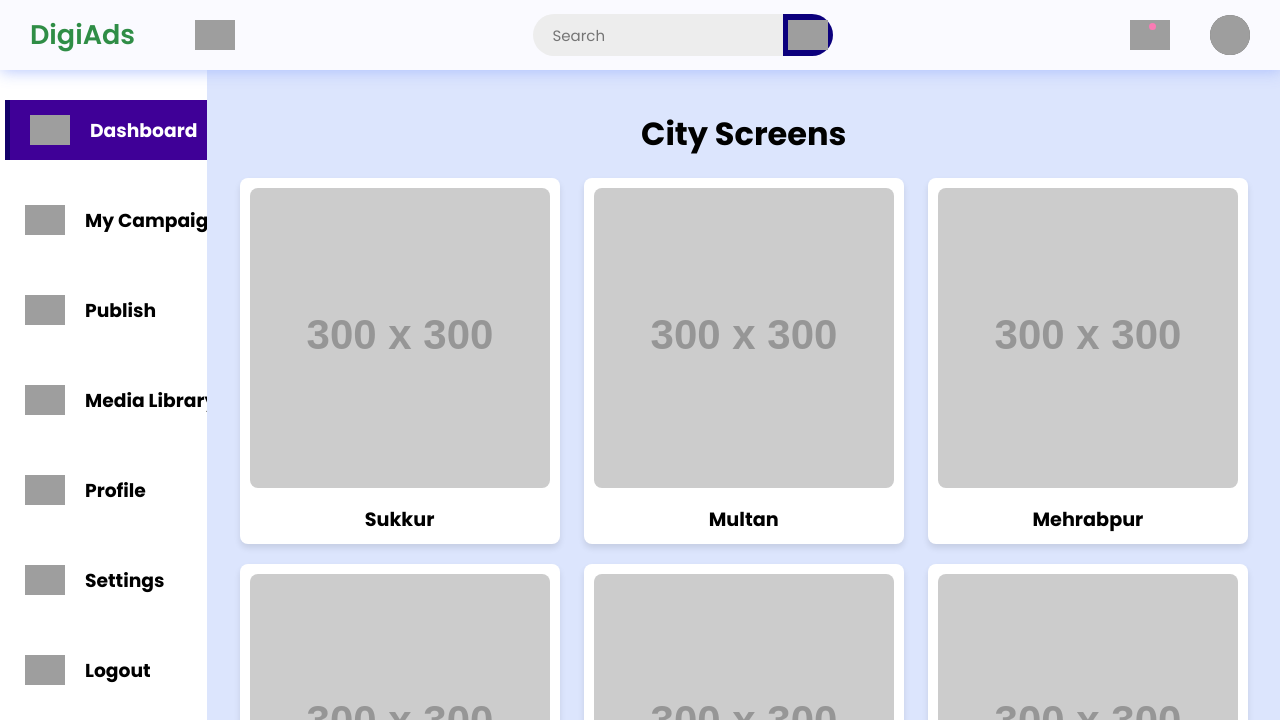
Repository: bhumika-suthar/DigiAds
Page: FYP_final/Fronted/UserX.html/user.html
These files come from the project's save history. The page is drawn as it stood at one moment and after the next save; the edit follows.
The browser window is 1280 px wide. The pictures show the whole page.
Pictures or frames that could not be fetched are drawn as grey boxes. The page's requests for data from a server got no answer. An inner scrolling area shows only its first screen.

Above is the page before, as saved 2024-11-28 07:33:03.

### FYP_final/Fronted/UserX.html/user.html
<!DOCTYPE html>
<html lang="en">

<head>
    <meta charset="UTF-8">
    <meta http-equiv="X-UA-Compatible"
          content="IE=edge">
    <meta name="viewport"
          content="width=device-width,
                   initial-scale=1.0">
    <title></title>
    <link rel="stylesheet"
          href="style.css">
    <link rel="stylesheet"
          href="responsive.css">
    <link rel="stylesheet"
          href="cities.css">
</head>

<body>

    <!-- for header part -->
    <header>

        <div class="logosec">
            <div class="logo">DigiAds</div>
            <img src=
"https://media.geeksforgeeks.org/wp-content/uploads/20221210182541/Untitled-design-(30).png"
                class="icn menuicn"
                id="menuicn"
                alt="menu-icon">
        </div>

        <div class="searchbar">
            <input type="text"
                   placeholder="Search">
            <div class="searchbtn">
              <img src=
"https://media.geeksforgeeks.org/wp-content/uploads/20221210180758/Untitled-design-(28).png"
                    class="icn srchicn"
                    alt="search-icon">
              </div>
        </div>

        <div class="message">
            <div class="circle"></div>
            <img src=
"https://media.geeksforgeeks.org/wp-content/uploads/20221210183322/8.png"
                 class="icn"
                 alt="">
            <div class="dp">
              <img src=
"https://media.geeksforgeeks.org/wp-content/uploads/20221210180014/profile-removebg-preview.png"
                    class="dpicn"
                    alt="dp">
              </div>
        </div>

    </header>

    <div class="main-container">
        <div class="navcontainer">
            <nav class="nav">
                <div class="nav-upper-options">
                    <div class="nav-option option1">
                        <img src=
"https://media.geeksforgeeks.org/wp-content/uploads/20221210182148/Untitled-design-(29).png"
                            class="nav-img"
                            alt="dashboard">
                        <h3> Dashboard</h3>
                    </div>

                    <div class="option2 nav-option">
                        <img src=
"https://media.geeksforgeeks.org/wp-content/uploads/20221210183322/9.png"
                            class="nav-img"
                            alt="articles">
                        <h3> My Campaign</h3>
                    </div>

                    <div class="nav-option option3">
                        <img src=
"https://media.geeksforgeeks.org/wp-content/uploads/20221210183320/5.png"
                            class="nav-img"
                            alt="report">
                        <h3> Publish</h3>
                    </div>

                    <div class="nav-option option4">
                        <img src=
"https://media.geeksforgeeks.org/wp-content/uploads/20221210183321/6.png"
                            class="nav-img"
                            alt="institution">
                        <h3> Media Library</h3>
                    </div>

                    <div class="nav-option option5">
                        <img src=
"https://media.geeksforgeeks.org/wp-content/uploads/20221210183323/10.png"
                            class="nav-img"
                            alt="blog">
                        <h3> Profile</h3>
                    </div>

                    <div class="nav-option option6">
                        <img src=
"https://media.geeksforgeeks.org/wp-content/uploads/20221210183320/4.png"
                            class="nav-img"
                            alt="settings">
                        <h3> Settings</h3>
                    </div>

                    <div class="nav-option logout">
                        <img src=
"https://media.geeksforgeeks.org/wp-content/uploads/20221210183321/7.png"
                            class="nav-img"
                            alt="logout">
                        <h3>Logout</h3>
                    </div>

                </div>
            </nav>
        </div>
        <div class="main">

            <!-- <div class="searchbar2">
                <input type="text"
                       name=""
                       id=""
                       placeholder="Search">
                <div class="searchbtn">
                  <img src=
"https://media.geeksforgeeks.org/wp-content/uploads/20221210180758/Untitled-design-(28).png"
                        class="icn srchicn"
                        alt="search-button">
                  </div>
            </div> -->

                    <h1 class="title">City Screens</h1>
                    <div class="city-grid">
                        <div class="city-card">
                            <img src="https://via.placeholder.com/300?text=Sukkur" alt="Sukkur">
                            <p>Sukkur</p>
                        </div>
                        <div class="city-card">
                            <img src="https://via.placeholder.com/300?text=Multan" alt="Multan">
                            <p>Multan</p>
                        </div>
                        <div class="city-card">
                            <img src="https://via.placeholder.com/300?text=Mehrabpur" alt="Mehrabpur">
                            <p>Mehrabpur</p>
                        </div>
                        <div class="city-card">
                            <img src="https://via.placeholder.com/300?text=Lahore" alt="Lahore">
                            <p>Lahore</p>
                        </div>
                        <div class="city-card">
                            <img src="https://via.placeholder.com/300?text=Islamabad" alt="Islamabad">
                            <p>Islamabad</p>
                        </div>
                        <div class="city-card">
                            <img src="https://via.placeholder.com/300?text=Faisalabad" alt="Faisalabad">
                            <p>Faisalabad</p>
                        </div>
                        <div class="city-card">
                            <img src="https://via.placeholder.com/300?text=Hyderabad" alt="Hyderabad">
                            <p>Hyderabad</p>
                        </div>
                        <div class="city-card">
                            <img src="https://via.placeholder.com/300?text=Karachi" alt="Karachi">
                            <p>Karachi</p>
                        </div>
                    </div>
                </div>

                <script>   document.addEventListener('DOMContentLoaded', () => {
                    const cityCards = document.querySelectorAll('.city-card');

                    cityCards.forEach(card => {
                        card.addEventListener('click', () => {
                            // Get the city name from the card's text content
                            const cityName = card.querySelector('p').textContent.trim();
                            // Redirect to the respective city's HTML page
                            const pageName = `${cityName}.html`;
                            window.location.href = pageName;
                        });
                    });
                });
                </script>

            </div>
        </div>
    </div>

    <script src="./index.js"></script>
</body>
</html>

### FYP_final/Fronted/UserX.html/style.css
@import url(
"https://fonts.googleapis.com/css2?family=Poppins:ital,wght@0,100;0,200;0,300;0,400;0,500;0,600;0,700;0,800;0,900;1,100;1,200;1,300;1,400;1,500;1,600;1,700;1,800;1,900&display=swap");

* {
  margin: 0;
  padding: 0;
  box-sizing: border-box;
  font-family: "Poppins", sans-serif;
}
:root {
  --background-color1: #fafaff;
  --background-color2: #ffffff;
  --background-color3: #ededed;
  --background-color4: #cad7fda4;
  --primary-color: #4b49ac;
  --secondary-color: #0c007d;
  --Border-color: #3f0097;
  --one-use-color: #3f0097;
  --two-use-color: #5500cb;
}
body {
  background-color: var(--background-color4);
  max-width: 100%;
  overflow-x: hidden;
}

header {
  height: 70px;
  width: 100vw;
  padding: 0 30px;
  background-color: var(--background-color1);
  position: fixed;
  z-index: 100;
  box-shadow: 1px 1px 15px rgba(161, 182, 253, 0.825);
  display: flex;
  justify-content: space-between;
  align-items: center;
}

.logo {
  font-size: 27px;
  font-weight: 600;
  color: rgb(47, 141, 70);
}

.icn {
  height: 30px;
}
.menuicn {
  cursor: pointer;
}

.searchbar,
.message,
.logosec {
  display: flex;
  align-items: center;
  justify-content: center;
}

.searchbar2 {
  display: none;
}

.logosec {
  gap: 60px;
}

.searchbar input {
  width: 250px;
  height: 42px;
  border-radius: 50px 0 0 50px;
  background-color: var(--background-color3);
  padding: 0 20px;
  font-size: 15px;
  outline: none;
  border: none;
}
.searchbtn {
  width: 50px;
  height: 42px;
  display: flex;
  align-items: center;
  justify-content: center;
  border-radius: 0px 50px 50px 0px;
  background-color: var(--secondary-color);
  cursor: pointer;
}

.message {
  gap: 40px;
  position: relative;
  cursor: pointer;
}
.circle {
  height: 7px;
  width: 7px;
  position: absolute;
  background-color: #fa7bb4;
  border-radius: 50%;
  left: 19px;
  top: 8px;
}
.dp {
  height: 40px;
  width: 40px;
  background-color: #626262;
  border-radius: 50%;
  display: flex;
  align-items: center;
  justify-content: center;
  overflow: hidden;
}
.main-container {
  display: flex;
  width: 100vw;
  position: relative;
  top: 70px;
  z-index: 1;
}
.dpicn {
  height: 42px;
}

.main {
  height: calc(100vh - 70px);
  width: 100%;
  overflow-y: scroll;
  overflow-x: hidden;
  padding: 40px 30px 30px 30px;
}

.main::-webkit-scrollbar-thumb {
  background-image:
        linear-gradient(to bottom, rgb(0, 0, 85), rgb(0, 0, 50));
}
.main::-webkit-scrollbar {
  width: 5px;
}
.main::-webkit-scrollbar-track {
  background-color: #9e9e9eb2;
}

.box-container {
  display: flex;
  justify-content: space-evenly;
  align-items: center;
  flex-wrap: wrap;
  gap: 50px;
}
.nav {
  min-height: 91vh;
  width: 250px;
  background-color: var(--background-color2);
  position: absolute;
  top: 0px;
  left: 00;
  box-shadow: 1px 1px 10px rgba(198, 189, 248, 0.825);
  display: flex;
  flex-direction: column;
  justify-content: space-between;
  overflow: hidden;
  padding: 30px 0 20px 10px;
}
.navcontainer {
  height: calc(100vh - 70px);
  width: 250px;
  position: relative;
  overflow-y: scroll;
  overflow-x: hidden;
  transition: all 0.5s ease-in-out;
}
.navcontainer::-webkit-scrollbar {
  display: none;
}
.navclose {
  width: 80px;
}
.nav-option {
  width: 250px;
  height: 60px;
  display: flex;
  align-items: center;
  padding: 0 30px 0 20px;
  gap: 20px;
  transition: all 0.1s ease-in-out;
}
.nav-option:hover {
  border-left: 5px solid #a2a2a2;
  background-color: #dadada;
  cursor: pointer;
}
.nav-img {
  height: 30px;
}

.nav-upper-options {
  display: flex;
  flex-direction: column;
  align-items: center;
  gap: 30px;
}

.option1 {
  border-left: 5px solid #010058af;
  background-color: var(--Border-color);
  color: white;
  cursor: pointer;
}
.option1:hover {
  border-left: 5px solid #010058af;
  background-color: var(--Border-color);
}
.box {
  height: 130px;
  width: 230px;
  border-radius: 20px;
  box-shadow: 3px 3px 10px rgba(0, 30, 87, 0.751);
  padding: 20px;
  display: flex;
  align-items: center;
  justify-content: space-around;
  cursor: pointer;
  transition: transform 0.3s ease-in-out;
}
.box:hover {
  transform: scale(1.08);
}

.box:nth-child(1) {
  background-color: var(--one-use-color);
}
.box:nth-child(2) {
  background-color: var(--two-use-color);
}
.box:nth-child(3) {
  background-color: var(--one-use-color);
}
.box:nth-child(4) {
  background-color: var(--two-use-color);
}

.box img {
  height: 50px;
}
.box .text {
  color: white;
}
.topic {
  font-size: 13px;
  font-weight: 400;
  letter-spacing: 1px;
}

.topic-heading {
  font-size: 30px;
  letter-spacing: 3px;
}

.report-container {
  min-height: 300px;
  max-width: 1200px;
  margin: 70px auto 0px auto;
  background-color: #ffffff;
  border-radius: 30px;
  box-shadow: 3px 3px 10px rgb(188, 188, 188);
  padding: 0px 20px 20px 20px;
}
.report-header {
  height: 80px;
  width: 100%;
  display: flex;
  align-items: center;
  justify-content: space-between;
  padding: 20px 20px 10px 20px;
  border-bottom: 2px solid rgba(0, 20, 151, 0.59);
}

.recent-Articles {
  font-size: 30px;
  font-weight: 600;
  color: #5500cb;
}

.view {
  height: 35px;
  width: 90px;
  border-radius: 8px;
  background-color: #5500cb;
  color: white;
  font-size: 15px;
  border: none;
  cursor: pointer;
}

.report-body {
  max-width: 1160px;
  overflow-x: auto;
  padding: 20px;
}
.report-topic-heading,
.item1 {
  width: 1120px;
  display: flex;
  justify-content: space-between;
  align-items: center;
}
.t-op {
  font-size: 18px;
  letter-spacing: 0px;
}

.items {
  width: 1120px;
  margin-top: 15px;
}

.item1 {
  margin-top: 20px;
}
.t-op-nextlvl {
  font-size: 14px;
  letter-spacing: 0px;
  font-weight: 600;
}

.label-tag {
  width: 100px;
  text-align: center;
  background-color: rgb(0, 177, 0);
  color: white;
  border-radius: 4px;
}

### FYP_final/Fronted/UserX.html/responsive.css
/* Responsive CSS Here */
@media screen and (max-width: 950px) {
    .nav-img {
      height: 25px;
    }
    .nav-option {
      gap: 30px;
    }
    .nav-option h3 {
      font-size: 15px;
    }
    .report-topic-heading,
    .item1,
    .items {
      width: 800px;
    }
  }

  @media screen and (max-width: 850px) {
    .nav-img {
      height: 30px;
    }
    .nav-option {
      gap: 30px;
    }
    .nav-option h3 {
      font-size: 20px;
    }
    .report-topic-heading,
    .item1,
    .items {
      width: 700px;
    }
    .navcontainer {
      width: 100vw;
      position: absolute;
      transition: all 0.6s ease-in-out;
      top: 0;
      left: -100vw;
    }
    .nav {
      width: 100%;
      position: absolute;
    }
    .navclose {
      left: 00px;
    }
    .searchbar {
      display: none;
    }
    .main {
      padding: 40px 30px 30px 30px;
    }
    .searchbar2 {
      width: 100%;
      display: flex;
      margin: 0 0 40px 0;
      justify-content: center;
    }
    .searchbar2 input {
      width: 250px;
      height: 42px;
      border-radius: 50px 0 0 50px;
      background-color: var(--background-color3);
      padding: 0 20px;
      font-size: 15px;
      border: 2px solid var(--secondary-color);
    }
  }

  @media screen and (max-width: 490px) {
    .message {
      display: none;
    }
    .logosec {
      width: 100%;
      justify-content: space-between;
    }
    .logo {
      font-size: 20px;
    }
    .menuicn {
      height: 25px;
    }
    .nav-img {
      height: 25px;
    }
    .nav-option {
      gap: 25px;
    }
    .nav-option h3 {
      font-size: 12px;
    }
    .nav-upper-options {
      gap: 15px;
    }
    .recent-Articles {
      font-size: 20px;
    }
    .report-topic-heading,
    .item1,
    .items {
      width: 550px;
    }
  }

  @media screen and (max-width: 400px) {
    .recent-Articles {
      font-size: 17px;
    }
    .view {
      width: 60px;
      font-size: 10px;
      height: 27px;
    }
    .report-header {
      height: 60px;
      padding: 10px 10px 5px 10px;
    }
    .searchbtn img {
      height: 20px;
    }
  }

  @media screen and (max-width: 320px) {
    .recent-Articles {
      font-size: 12px;
    }
    .view {
      width: 50px;
      font-size: 8px;
      height: 27px;
    }
    .report-header {
      height: 60px;
      padding: 10px 5px 5px 5px;
    }
    .t-op {
      font-size: 12px;
    }
    .t-op-nextlvl {
      font-size: 10px;
    }
    .report-topic-heading,
    .item1,
    .items {
      width: 300px;
    }
    .report-body {
      padding: 10px;
    }
    .label-tag {
      width: 70px;
    }
    .searchbtn {
      width: 40px;
    }
    .searchbar2 input {
      width: 180px;
    }
  }

### FYP_final/Fronted/UserX.html/cities.css
/* body {
    display: flex;
    margin: 0;
    font-family: Arial, sans-serif;
    background-color: #f4f4f4;
} */
/*
.navcontainer {
    width: 20%;
    background-color: #2c3e50;
    color: white;
    height: 100vh;
    position: fixed;
} */

/* .nav {
    padding: 20px;
}

.nav-option {
    margin: 20px 0;
    cursor: pointer;
}

.main {
    margin-left: 20%;
    padding: 20px;
    width: 80%;
} */

.title {
    text-align: center;
    margin-bottom: 20px;
}

.city-grid {
    display: grid;
    grid-template-columns: repeat(auto-fit, minmax(300px, 1fr));
    gap: 20px;
    justify-items: center;
}

.city-card {
    background: white;
    border-radius: 8px;
    box-shadow: 0 4px 6px rgba(0, 0, 0, 0.1);
    padding: 10px;
    text-align: center;
}

.city-card img {
    width: 100%;
    border-radius: 8px;
}

.city-card p {
    margin-top: 10px;
    font-size: 1.2em;
    font-weight: bold;
}

### FYP_final/Fronted/UserX.html/index.js
let menuicn = document.querySelector(".menuicn");
let nav = document.querySelector(".navcontainer");

menuicn.addEventListener("click", () => {
    nav.classList.toggle("navclose");
})

After the next save:
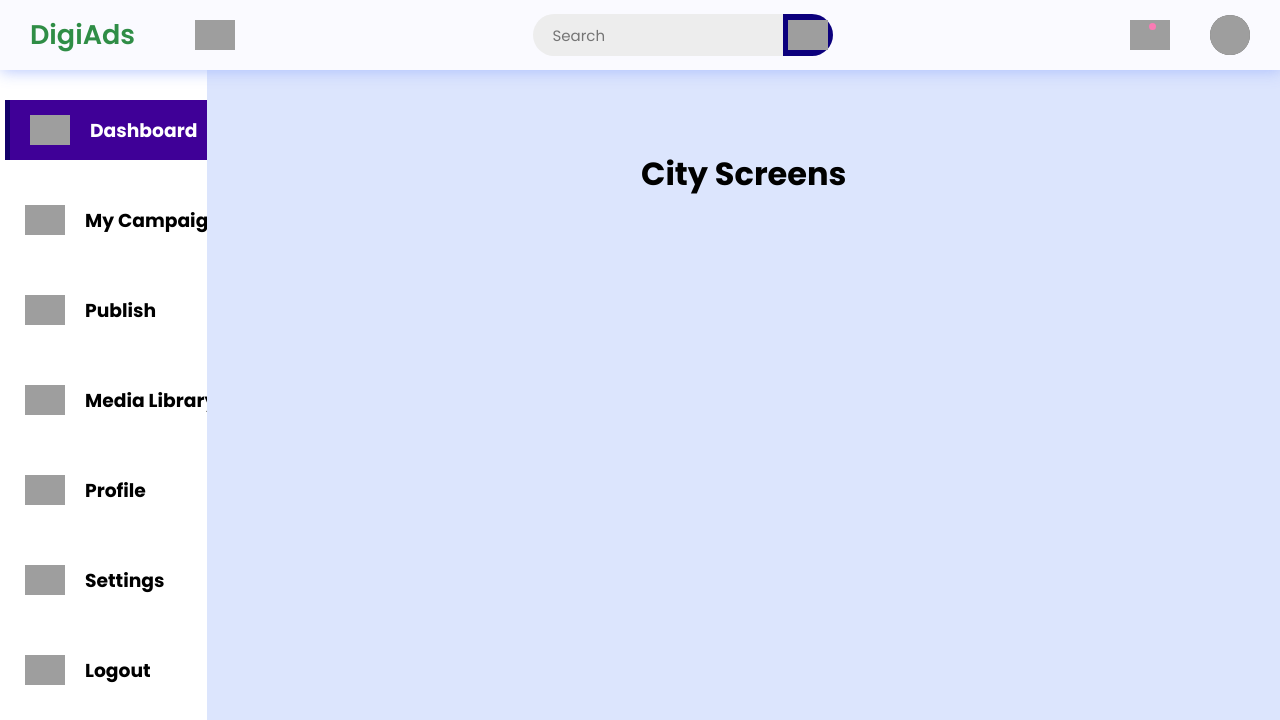
Saved 38 min 52 s later.
--- a/FYP_final/Fronted/UserX.html/user.html
+++ b/FYP_final/Fronted/UserX.html/user.html
@@ -136,57 +136,50 @@
                   </div>
             </div> -->
 
-                    <h1 class="title">City Screens</h1>
-                    <div class="city-grid">
-                        <div class="city-card">
-                            <img src="https://via.placeholder.com/300?text=Sukkur" alt="Sukkur">
-                            <p>Sukkur</p>
-                        </div>
-                        <div class="city-card">
-                            <img src="https://via.placeholder.com/300?text=Multan" alt="Multan">
-                            <p>Multan</p>
-                        </div>
-                        <div class="city-card">
-                            <img src="https://via.placeholder.com/300?text=Mehrabpur" alt="Mehrabpur">
-                            <p>Mehrabpur</p>
-                        </div>
-                        <div class="city-card">
-                            <img src="https://via.placeholder.com/300?text=Lahore" alt="Lahore">
-                            <p>Lahore</p>
-                        </div>
-                        <div class="city-card">
-                            <img src="https://via.placeholder.com/300?text=Islamabad" alt="Islamabad">
-                            <p>Islamabad</p>
-                        </div>
-                        <div class="city-card">
-                            <img src="https://via.placeholder.com/300?text=Faisalabad" alt="Faisalabad">
-                            <p>Faisalabad</p>
-                        </div>
-                        <div class="city-card">
-                            <img src="https://via.placeholder.com/300?text=Hyderabad" alt="Hyderabad">
-                            <p>Hyderabad</p>
-                        </div>
-                        <div class="city-card">
-                            <img src="https://via.placeholder.com/300?text=Karachi" alt="Karachi">
-                            <p>Karachi</p>
-                        </div>
-                    </div>
-                </div>
+                    <div class="main">
+            <h1 class="title">City Screens</h1>
+            <div id="city-grid" class="city-grid">
+                <!-- City cards will be dynamically inserted here -->
+            </div>
+        </div>
+    </div>
 
-                <script>   document.addEventListener('DOMContentLoaded', () => {
-                    const cityCards = document.querySelectorAll('.city-card');
+    <script>
+        // Fetch the city data from the backend API
+        document.addEventListener('DOMContentLoaded', async () => {
+            try {
+                // Fetch data from your API
+                const response = await fetch('http://localhost:5000/api/locations');
+                const locations = await response.json();
 
-                    cityCards.forEach(card => {
-                        card.addEventListener('click', () => {
-                            // Get the city name from the card's text content
-                            const cityName = card.querySelector('p').textContent.trim();
-                            // Redirect to the respective city's HTML page
-                            const pageName = `${cityName}.html`;
-                            window.location.href = pageName;
-                        });
+                const cityGrid = document.getElementById('city-grid');
+
+                // Iterate over the locations and create city cards
+                locations.forEach(location => {
+                    const cityCard = document.createElement('div');
+                    cityCard.classList.add('city-card');
+
+                    // Generate dynamic image URL based on city name
+                    const imageUrl = `https://via.placeholder.com/300?text=${location.city}`;
+
+                    cityCard.innerHTML = `
+                        <img src="${imageUrl}" alt="${location.city}">
+                        <p>${location.city}</p>
+                    `;
+
+                    // Add event listener for city card click
+                    cityCard.addEventListener('click', () => {
+                        // Redirect to locations.html with city name as a query parameter
+                        window.location.href = `locations.html?city=${encodeURIComponent(location.city)}`;
                     });
+
+                    cityGrid.appendChild(cityCard);
                 });
-                </script>
+            } catch (error) {
+                console.error('Error fetching locations:', error);
+            }
+        });
+    </script>
 
             </div>
         </div>
